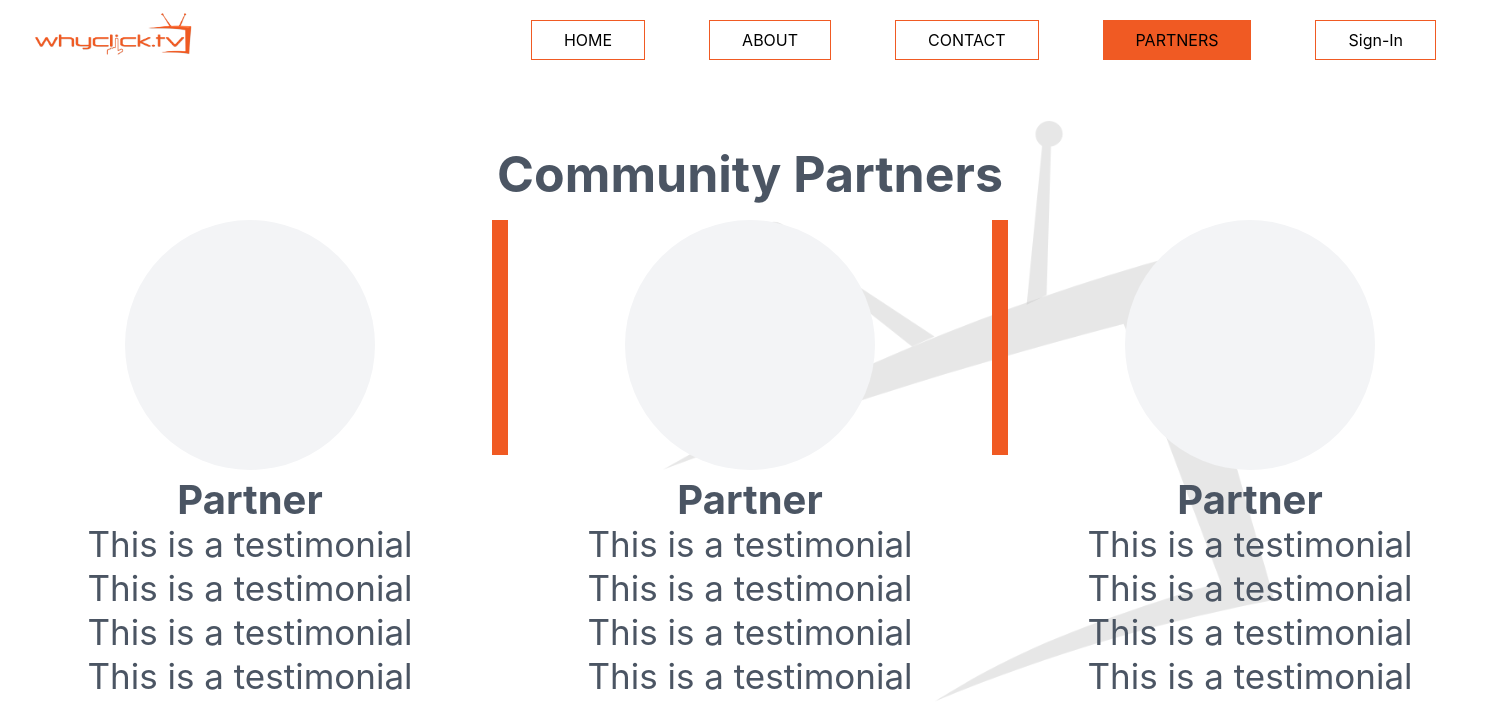
Repository: legenddev1202/whyclicktv
Page: /partners
An editor plug-in stored every save of this project. The page is shown before and after the next save, followed by the edit.
The browser window is 1280 px wide. The page is 1500 px wide, so the pictures cover 1500 px, including what lies to the right of the window. The pictures show the whole page.
The project was rebuilt for these pictures with package versions that can differ from the ones it lists, and the page was loaded fresh each time. Also part of the build but not shown: src/App.css, src/pages/home.js, src/pages/about.js, src/pages/contact.js, src/pages/referral.js.

Above is the page before, as saved 2022-04-18 22:36:11.

### public/index.html
<!DOCTYPE html>
<html lang="en">
  <head>
    <meta charset="utf-8" />
    <link rel="icon" href="%PUBLIC_URL%/favicon.ico" />
    <meta name="viewport" content="width=device-width, initial-scale=1" />
    <meta name="theme-color" content="#000000" />
    <meta name="description" content="why-click" />
    <link rel="apple-touch-icon" href="%PUBLIC_URL%/favicon.ico" />
    <!--
      manifest.json provides metadata used when your web app is installed on a
      user's mobile device or desktop. See https://developers.google.com/web/fundamentals/web-app-manifest/
    -->
    <link rel="manifest" href="%PUBLIC_URL%/manifest.json" />
    <!--
      Notice the use of %PUBLIC_URL% in the tags above.
      It will be replaced with the URL of the `public` folder during the build.
      Only files inside the `public` folder can be referenced from the HTML.

      Unlike "/favicon.ico" or "favicon.ico", "%PUBLIC_URL%/favicon.ico" will
      work correctly both with client-side routing and a non-root public URL.
      Learn how to configure a non-root public URL by running `npm run build`.
    -->
    <title>WhyClick.tv</title>
  </head>
  <body>
    <noscript>WhyClick.tv</noscript>
    <div id="root"></div>
    <!--
      This HTML file is a template.
      If you open it directly in the browser, you will see an empty page.

      You can add webfonts, meta tags, or analytics to this file.
      The build step will place the bundled scripts into the <body> tag.

      To begin the development, run `npm start` or `yarn start`.
      To create a production bundle, use `npm run build` or `yarn build`.
    -->
  </body>
</html>

### src/index.css
@tailwind base;
@tailwind components;
@tailwind utilities;

body {
  margin: 0;
  font-family: -apple-system, BlinkMacSystemFont, "Segoe UI", "Roboto", "Oxygen",
    "Ubuntu", "Cantarell", "Fira Sans", "Droid Sans", "Helvetica Neue",
    sans-serif;
  -webkit-font-smoothing: antialiased;
  -moz-osx-font-smoothing: grayscale;
  height: 100%;
  min-width: 1500px;
}

code {
  font-family: source-code-pro, Menlo, Monaco, Consolas, "Courier New",
    monospace;
}

input::placeholder {
  font-size: 50;
}

input::-moz-placeholder {
  font-size: 50;
}

input::-webkit-input-placeholder {
  font-size: 50;
}

### src/App.js
import { Routes, Route, Link } from "react-router-dom";
import "./App.css";
import Home from "./pages/home";
import About from "./pages/about";
import Contact from "./pages/contact";
import Partners from "./pages/partners";
import Referral from "./pages/referral";

function App() {
  return (
    <Routes>
      <Route path="/" element={<Home />} />
      <Route path="about" element={<About />} />
      <Route path="contact" element={<Contact />} />
      <Route path="partners" element={<Partners />} />
      <Route path="referrel" element={<Referral />} />
    </Routes>
  );
}

export default App;

### src/pages/partners.js
import React from "react";
import { Routes, Route, Link } from "react-router-dom";

function Partners() {
  return (
    <>
      <div className="bg-transparent w-full h-20 flex items-center px-8 justify-between">
        <div className="h-20">
          <img
            className="logo-icon h-full"
            src="assets/images/logos/logo.svg"
            alt="logo"
          />
        </div>
        <div className="">
          <button
            className="h-10 px-8 mx-8 border"
            style={{ borderColor: "#F05A23" }}
          >
            <Link to="/">HOME</Link>
          </button>
          <button
            className="h-10 px-8 mx-8 border"
            style={{ borderColor: "#F05A23" }}
          >
            <Link to="/about">ABOUT</Link>
          </button>
          <button
            className="h-10 px-8 mx-8 border"
            style={{ borderColor: "#F05A23" }}
          >
            <Link to="/contact">CONTACT</Link>
          </button>
          <button
            className="h-10 px-8 mx-8 border"
            style={{ borderColor: "#F05A23", backgroundColor: "#F05A23" }}
          >
            <Link to="/partners">PARTNERS</Link>
          </button>
          <button
            className="h-10 px-8 mx-8 border"
            style={{ borderColor: "#F05A23" }}
          >
            <Link to="/signin">Sign-In</Link>
          </button>
        </div>
      </div>
      <div className="h-full w-full flex flex-col items-center justify-center pt-16">
        <div
          className="text-center text-4xl font-bold text-gray-600"
          style={{ fontSize: 50, lineHeight: 1.2 }}
        >
          Community Partners
        </div>
        <div className="w-full flex mt-4">
          <div className="w-1/3 relative px-20 flex flex-col items-center">
            <div
              className="absolute w-4 h-1/2 -right-2"
              style={{ backgroundColor: "#F05A23" }}
            />
            <div
              className="rounded-full bg-gray-100"
              style={{ width: 250, height: 250 }}
            ></div>
            <div
              className="pt-4 text-xl font-bold text-gray-600"
              style={{ fontSize: 40 }}
            >
              Partner
            </div>
            <div
              className="pt-4 text-xl text-gray-600"
              style={{ fontSize: 35 }}
            >
              This is a testimonial
            </div>
            <div
              className="pt-4 text-xl text-gray-600"
              style={{ fontSize: 35 }}
            >
              This is a testimonial
            </div>
            <div
              className="pt-4 text-xl text-gray-600"
              style={{ fontSize: 35 }}
            >
              This is a testimonial
            </div>
            <div
              className="pt-4 text-xl text-gray-600"
              style={{ fontSize: 35 }}
            >
              This is a testimonial
            </div>
          </div>
          <div className="w-1/3 relative px-20 flex flex-col items-center">
            <div
              className="absolute w-4 h-1/2 -right-2"
              style={{ backgroundColor: "#F05A23" }}
            />
            <div
              className="rounded-full bg-gray-100"
              style={{ width: 250, height: 250 }}
            ></div>
            <div
              className="pt-4 text-xl font-bold text-gray-600"
              style={{ fontSize: 40 }}
            >
              Partner
            </div>
            <div
              className="pt-4 text-xl text-gray-600"
              style={{ fontSize: 35 }}
            >
              This is a testimonial
            </div>
            <div
              className="pt-4 text-xl text-gray-600"
              style={{ fontSize: 35 }}
            >
              This is a testimonial
            </div>
            <div
              className="pt-4 text-xl text-gray-600"
              style={{ fontSize: 35 }}
            >
              This is a testimonial
            </div>
            <div
              className="pt-4 text-xl text-gray-600"
              style={{ fontSize: 35 }}
            >
              This is a testimonial
            </div>
          </div>
          <div className="w-1/3 relative px-20 flex flex-col items-center">
            <div
              className="rounded-full bg-gray-100"
              style={{ width: 250, height: 250 }}
            ></div>
            <div
              className="pt-4 text-xl font-bold text-gray-600"
              style={{ fontSize: 40 }}
            >
              Partner
            </div>
            <div
              className="pt-4 text-xl text-gray-600"
              style={{ fontSize: 35 }}
            >
              This is a testimonial
            </div>
            <div
              className="pt-4 text-xl text-gray-600"
              style={{ fontSize: 35 }}
            >
              This is a testimonial
            </div>
            <div
              className="pt-4 text-xl text-gray-600"
              style={{ fontSize: 35 }}
            >
              This is a testimonial
            </div>
            <div
              className="pt-4 text-xl text-gray-600"
              style={{ fontSize: 35 }}
            >
              This is a testimonial
            </div>
          </div>
        </div>
        <img
          className="logo-icon h-5/6 absolute bottom-0 right-0 -z-20"
          src="assets/images/logos/tv-logo.png"
          alt="logo"
        />
      </div>
    </>
  );
}
export default Partners;

Loaded but not shown: src/index.js (common file); src/reportWebVitals.js (common file); tailwind.config.js (common file)

After the next save:
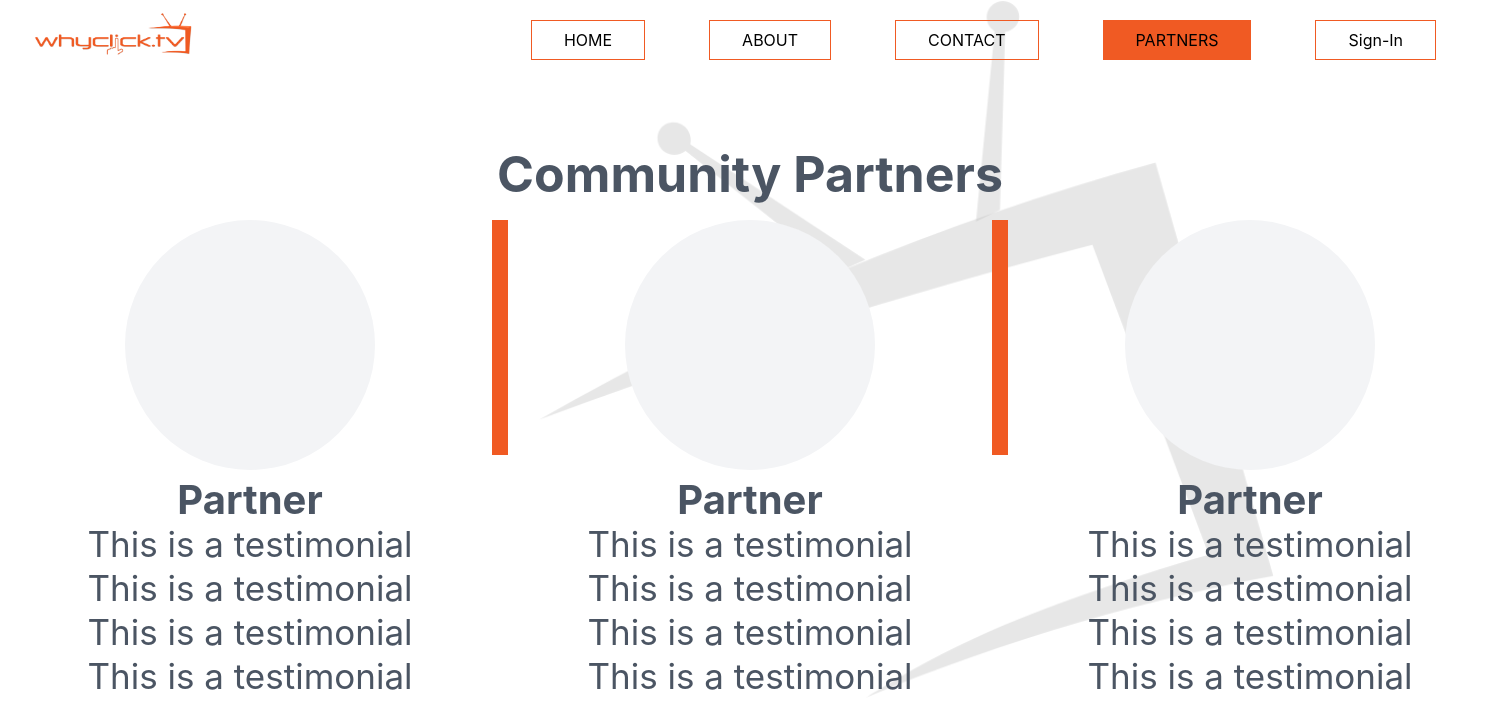
Saved 19 s later.
--- a/src/pages/partners.js
+++ b/src/pages/partners.js
@@ -171,7 +171,7 @@ function Partners() {
           </div>
         </div>
         <img
-          className="logo-icon h-5/6 absolute bottom-0 right-0 -z-20"
+          className="logo-icon h-full absolute bottom-0 right-0 -z-20"
           src="assets/images/logos/tv-logo.png"
           alt="logo"
         />

After the save that followed:
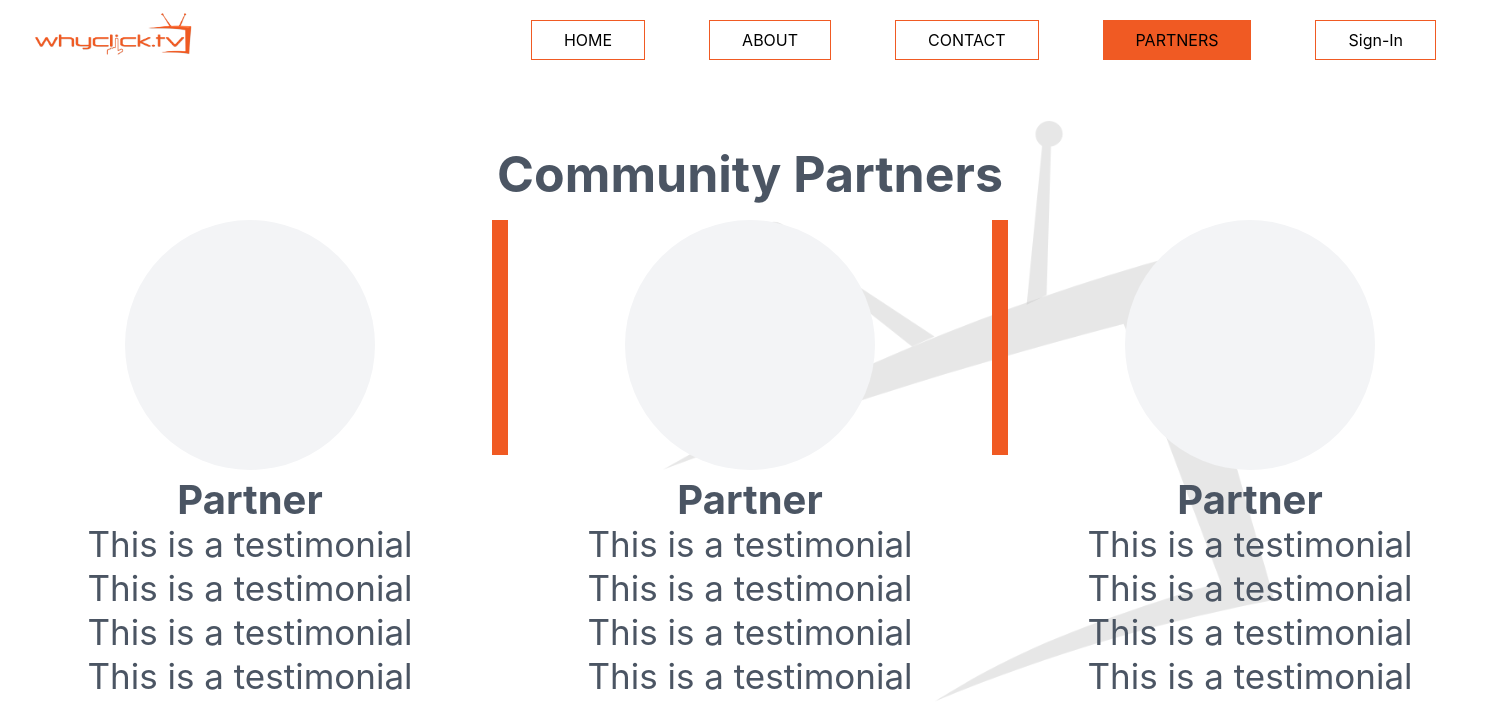
Saved 8 s later.
--- a/src/pages/partners.js
+++ b/src/pages/partners.js
@@ -171,7 +171,7 @@ function Partners() {
           </div>
         </div>
         <img
-          className="logo-icon h-full absolute bottom-0 right-0 -z-20"
+          className="logo-icon h-5/6 absolute bottom-0 right-0 -z-20"
           src="assets/images/logos/tv-logo.png"
           alt="logo"
         />
